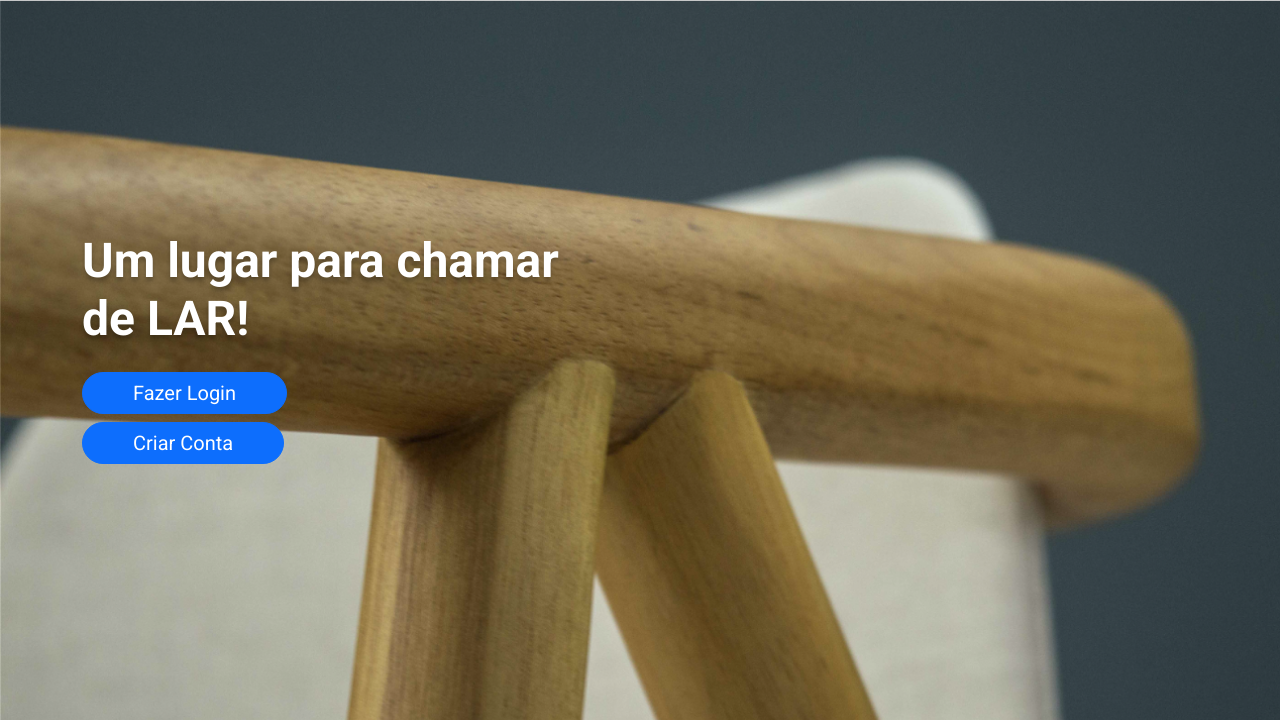
Repository: telesbp/Projeto-4-e-Projeto-5
Page: / (app in front-end/)
These files come from the project's save history. The page is drawn as it stood at one moment and after a run of saves; the edit follows.
The browser window is 1280 px wide. The pictures show the whole page.
The project was rebuilt for these pictures with package versions that can differ from the ones it lists, and the page was loaded fresh each time.

Above is the page before, as saved 2022-07-17 15:48:31.

After the next 3 saves:
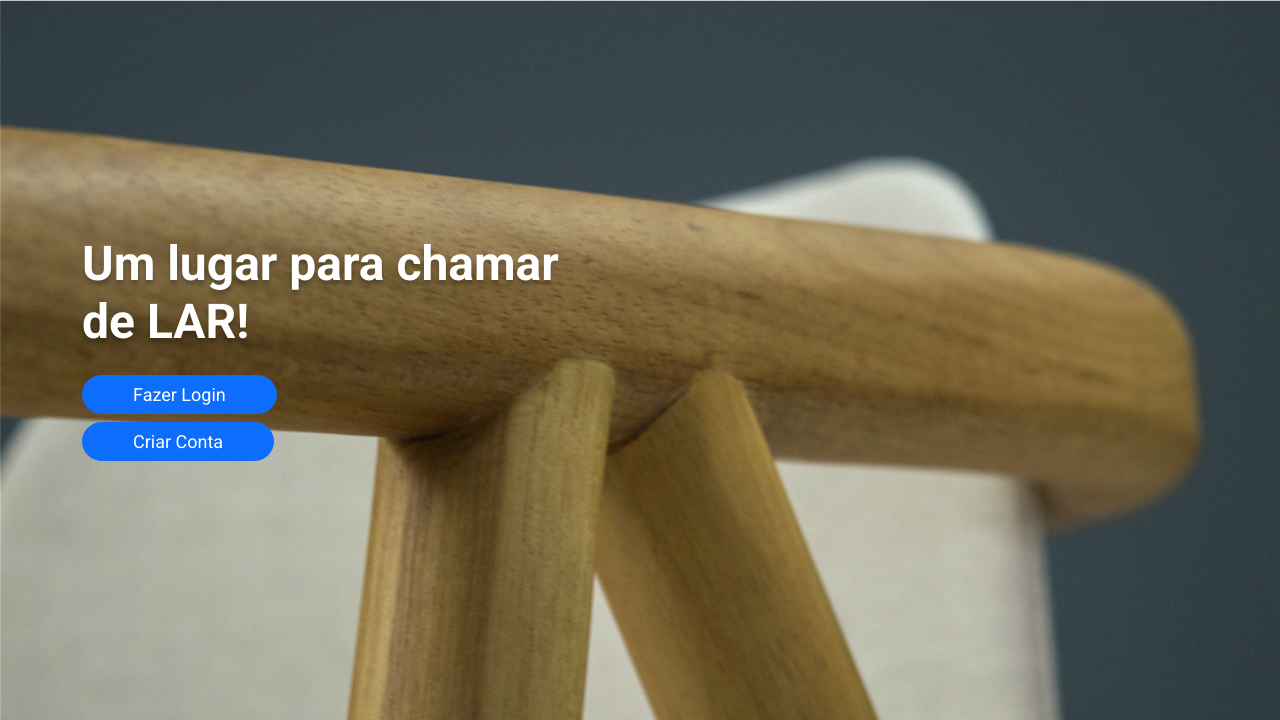
The 3 saves are shown as one change because 2 did not build or start.
The last was saved 3 min 19 s later.
--- a/front-end/src/components/CustomButton/index.tsx
+++ b/front-end/src/components/CustomButton/index.tsx
@@ -10,4 +10,7 @@ const ButtonStyled = styled(Button)`
     border-radius: 50px;
     font-weight: 500;
     padding:5px 50px 5px 50px;
+    ${props => props.size ==='lg' && `
+        font-size: 1.126rem;
+    `}
 `
